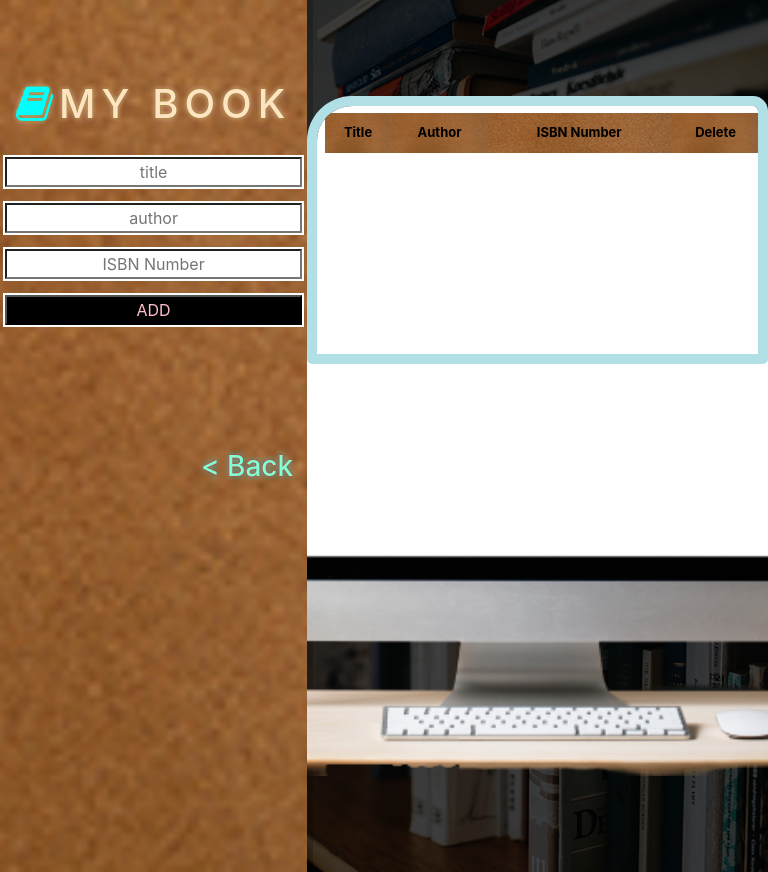
Repository: CSituma/Home-Library-App
Page: libu.html
These files come from the project's save history. The page is drawn as it stood at one moment and after the next save; the edit follows.
The browser window is 768 px wide. The pictures show the whole page.
Backgrounds fixed to the window are drawn as part of the page. Some web libraries are served in a nearby version.

Above is the page before, as saved 2020-11-10 21:16:11.

### libu.html
<!DOCTYPE html>
<html lang="en">
<head>
    <meta charset="UTF-8">
    <meta name="viewport" content="width=device-width, initial-scale=1.0">
    <meta http-equiv="X-UA-Compatible" content="ie=edge">
    <link rel="stylesheet" href="style.css">
    <link rel="stylesheet" href="https://cdnjs.cloudflare.com/ajax/libs/font-awesome/4.7.0/css/font-awesome.min.css"/>
<link rel="stylesheet" href="https://stackpath.bootstrapcdn.com/bootstrap/4.5.0/css/bootstrap.min.css" integrity="sha384-9aIt2nRpC12Uk9gS9baDl411NQApFmC26EwAOH8WgZl5MYYxFfc+NcPb1dKGj7Sk" crossorigin="anonymous"/>
<link rel="stylesheet" href="https://cdnjs.cloudflare.com/ajax/libs/animate.css/4.0.0/animate.min.css"/>
  <title>BOOK TRACKER</title>
</head>
<body>
    <div class="columns">
        <div class="js">

            <h1><i class="fa fa-book"></i>MY BOOK</h1>
            <form id="form">
                <input type= "text" id= "title"  placeholder="title">
                <input type= "text" id= "author" placeholder="author" >
                <input type= "text" id= "number" placeholder="ISBN Number">
                <input type= "submit"id= "button" value="ADD">
            </form>
        <h3> <a href= "./index.html"> < Back </a></h3>
        </div>
        <div class="storage" >
              <div class="storage_items">
        <table id="table">
            <thead>
                <tr>
                <th id="title">Title</th>
                <th>Author</th>
                <th>ISBN Number</th>
                <th>Delete</th>
                </tr>
                </thead>
                <tbody class="Booklist" id="booklist">
                </tbody>
            </table>
            </div>
        </div>
</div>
    <script src="lib.js"></script>
 </body>
 </html>

### style.css
/*homepage//////////////*/
body,
html {
  max-width: 100%;
  margin: 0;
  padding: 0;
  max-height: 100%;
  background: url("./images/sandra-seitamaa-qkIWnKtGhg4-unsplash.jpg")
    center/cover no-repeat fixed;
}

.container {
  margin: 10em 20em 20em 20em;
  height: 400px;
  width: 40%;
  background-color: rgba(146, 116, 15, 0.445);
  text-align: center;
}

.lol {
  padding-top: 5em;
  font-weight: 800;
  font-style: italic;
}
span {
  color: yellow;
  font-weight: 400;
}
#lolone {
  color: ghostwhite;
}

h3 {
  padding-top: 4em;
  float: right;
  margin-right: 0.5em;
  font-weight: 900;
  font-size: 2rem;
  text-shadow: 0 0 3px #FF0000, 0 0 5px aqua;
}

h3 a {
  text-decoration: none;
 color: aquamarine;

}

h3 a:hover {
  text-decoration: none;
  color: burlywood;
}

#you {
  padding: 1rem;
  color: gold;
}

/*library////////////////*/
.columns {
  display: flex;
  justify-content: space-between;
  max-width: 100%;
  max-height: 100%;
  background: rgba(0, 0, 0, 0.692) fixed;

}
h1{
  letter-spacing: 6px;
  text-shadow: 0 0 3px olive, 0 0 5px pink;
  padding-top:2em;
  margin: 0;
  color: bisque;

}
table {
  background: black;
  width: 100%;
  margin:0.5em;
  margin-left:0.2em;
  text-align: center;
  color:white;

}


td{
  margin: 2em;
}
tr{
  border-left: white 5px solid;
  height: 40px;
}
th {
  color: black;
  background:url('./images/josephine-bredehoft-KsAo8ouBn8A-unsplash.jpg') center/cover no-repeat;
  outline: none;
}
tbody tr:nth-child(odd){
  background:white;
 color: olive;
}
tbody tr:nth-child(odd):hover {
  box-shadow: 0 0 0 2px white;

}
tbody tr:nth-child(even){
background:black;

}
tbody tr:nth-child(even):hover{
  box-shadow: 0 0 0 2px gray;
}

 .fa {
   color:aqua;
 }
 .fa:hover{
   font-size:1.3em;
 }
form {
  padding: 0.3em;
  margin-top: 1em;
}

form input {
  width: 100%;
  margin: 0.5em 0;
  -webkit-box-shadow: 0 0 0 2px white;
  box-shadow: 0 0 0 2px white;
}

:placeholder-shown {
  text-align: center;
}

#button {
  color: pink;
  background-color: black;
}

/*/////////////////////////////////*/
.storage_items {

  background-color: white;
  width:100%;
  max-height: 70%;
  margin-left: 8em;
  margin-top: 5em;
  margin-bottom: 2em;
  border: rgb(0, 0, 0) 5px solid;
  border-style: groove;
  padding-bottom: 15em;
  overflow: scroll;
  scroll-behavior: smooth;
  scrollbar-width: 2px;
}
.storage {
  background:url("./images/1463-removebg-preview.png") center/cover no-repeat;
  width: 60%;
  height: 85vh;
  margin: 6em 3em 6em 0;
  border-radius: 3px;

}
.js {
  -webkit-box-shadow: 0 0 0 6px rgba(0, 0, 0, 0.191);
  box-shadow: 0 0 0 6px rgba(0, 0, 0, 0.191);
  text-align: center;
  width: 40%;
  margin: 6em 0em 6em 3em;
  background: url("./images/josephine-bredehoft-KsAo8ouBn8A-unsplash.jpg")
    center/cover no-repeat;
}

@media screen and (max-width:1000px) {
  .storage{
    margin-right: 0;

    background: url("./images/719-removebg-preview.png") center/cover no-repeat;
  }
  .storage_items{
    margin:0;
    font-size: 13px;
   border: 10px solid black;
   border-radius: 45px;
   border-bottom-right-radius:5px;
   border-bottom-left-radius:5px;
   border-top-right-radius:15px;

   padding:0;
   padding-bottom: 15em;

}

.js{
  margin: 0;}


}

@media screen and (min-width:1000px) {

 .storage_items{
  max-height: 60%;
    background-color: white;
    width: 400px;
    height: 50%;
    margin-left: 10em;
    margin-top: 5.5em;

  }


 }

 @media screen and (max-width:800px)
 {
  .storage{
    margin-right: 0;

    background: url("./images/719-removebg-preview.png") center/cover no-repeat;
  }
  .storage_items{
    margin:0;
    font-size: 13px;
   border: 10px solid powderblue;
   border-radius: 45px;
   border-bottom-right-radius:5px;
   border-bottom-left-radius:5px;
   border-top-right-radius:15px;

   padding:0;
   padding-bottom: 15em;

}

.js{
 }

 }

### lib.js
// Book Class: Represents a Book
class Book {
  constructor(title, author, isbn) {
    this.title = title;
    this.author = author;
    this.isbn = isbn;
  }
}

// UI Class: Handle UI Tasks
class UI {
//display Books.//
static displayBooks () {
 const books = Store.getBooks();
 books.forEach(((book) =>
  UI.addBookToList(book)));
}


//addbooks
static addBookToList(book) {

const bookList = document.querySelector('#booklist');
const row = document.createElement('tr');

row.innerHTML= `<td>${book.title} </td>
               <td>${book.author}</td>
               <td>${book.isbn}</td>
              <td><i class="fa fa-trash-o"></i></td>`;

bookList.appendChild(row);

}


//deletebooks
static deleteBook(el){
 if(el.classList.contains('fa')){
   el.parentElement.parentElement.remove();
  }}

////show alert msg
static showAlert(message, className){
const div = document. createElement('div');
div.className = `alert alert-${className}`;
div.appendChild(document.createTextNode(message));
const button = document.getElementById('button');
const form = document.getElementById('form');


form.insertBefore(div, button);


//message vanishing//

setTimeout(() => {
  document.querySelector('.alert').remove();
}, 3000);

}

//clear fields//

static clearFields() {
  document.querySelector('#title').value = '';
  document.querySelector('#author').value = '';
  document.querySelector('#number').value = '';
}

}

///Events:
/* 1. Display Books */

document.addEventListener('DOMContentLoaded', UI.displayBooks);

/* 2. Add Books*/
document.querySelector("#form").addEventListener('submit',(e) =>
{
e.preventDefault();
///get form values//
const title = document.querySelector('#title').value;
const author = document.querySelector('#author').value;
const isbn = document.querySelector('#number').value;

  // Validate
 if(title ===''|| author===''|| isbn===''){
   UI.showAlert('Please fill in the Form', 'danger')
 }
else{
  //instantiate Book
  const book = new Book(title,author,isbn);

//////Adding
UI.addBookToList(book);

Store.addBook(book);

///Show Sucess Message
UI.showAlert('Added', 'success');
//Clearfields
UI.clearFields();


 }
}
);


/////3. Remove BOOK////
document.querySelector('#booklist').addEventListener('click', (e)=>{
e.preventDefault();
//deleting from UI

UI.deleteBook(e.target);
///deleting from Store
Store.removeBook(e.target.parentElement.previousElementSibling.textContent);
//Message
UI.showAlert('Book Deleted', 'danger');

}
);

///localStorage
class Store{
  static getBooks(){
    let books;
   if (localStorage.getItem('books') === null){
     books = [];
   }
   else {
     books = JSON.parse(localStorage.getItem('books'));
   }
   return books;
  }

  static addBook(book){
    const books= Store.getBooks();
    books.push(book);
   localStorage.setItem('books',JSON.stringify(books));
  }
  static removeBook(isbn) {
    const books = Store.getBooks();

    books.forEach((book, index) => {
      if(book.isbn === isbn) {
        books.splice(index, 1);
      }
    });
    localStorage.setItem('books', JSON.stringify(books));
  }
}

After the next save:
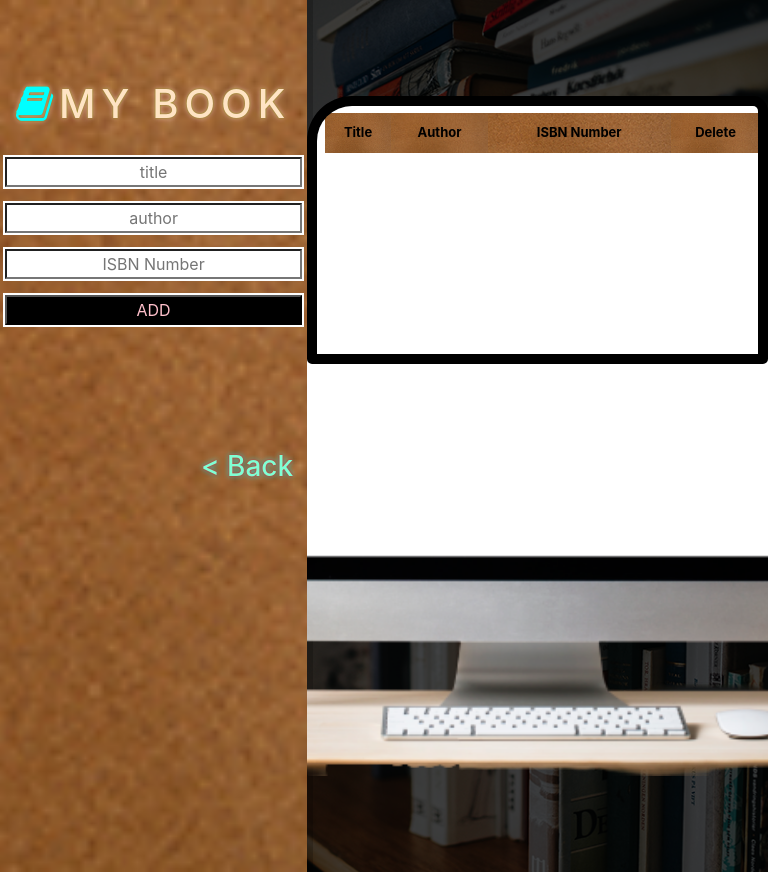
Saved 22 s later.
--- a/style.css
+++ b/style.css
@@ -223,7 +223,7 @@ form input {
   .storage_items{
     margin:0;
     font-size: 13px;
-   border: 10px solid powderblue;
+   border: 10px solid black;
    border-radius: 45px;
    border-bottom-right-radius:5px;
    border-bottom-left-radius:5px;
